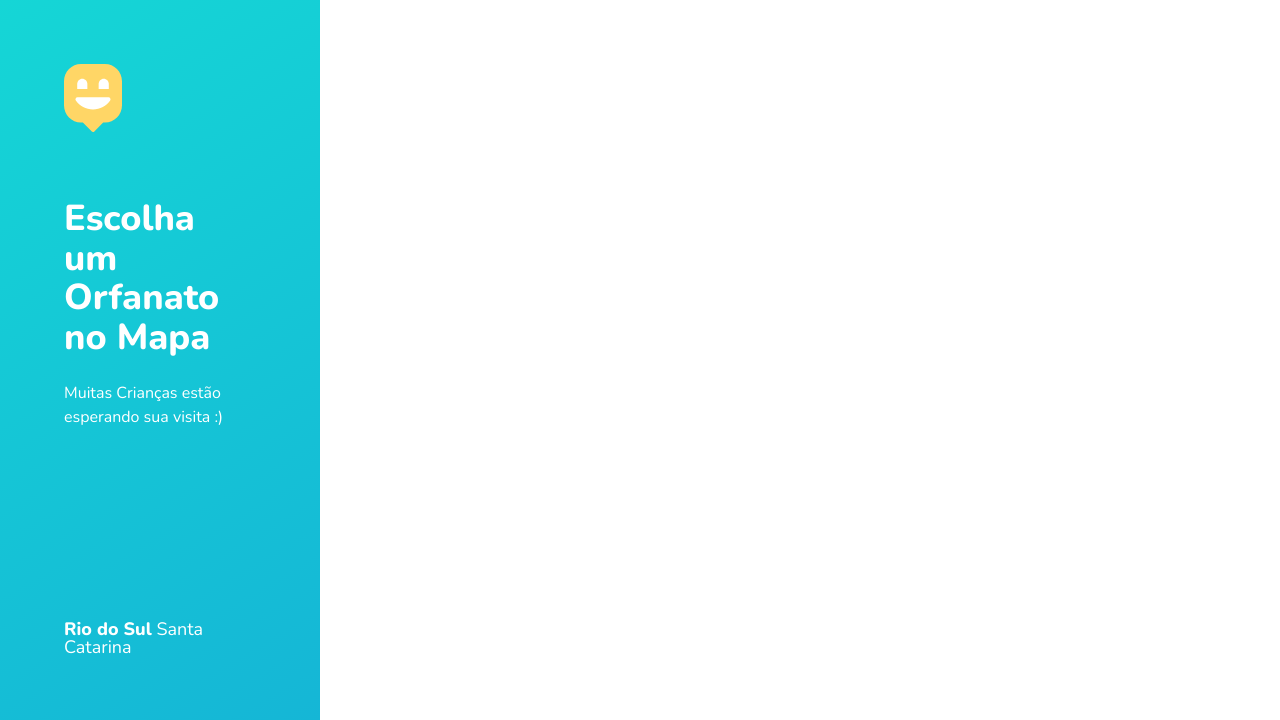
Repository: TeoNogueira/nlw3-rocketseatproject
Page: orphanages.html
These files come from the project's save history. The page is drawn as it stood at one moment and after the next save; the edit follows.
The browser window is 1280 px wide. The pictures show the whole page.

Above is the page before, as saved 2020-10-13 17:12:03.

After the next save:
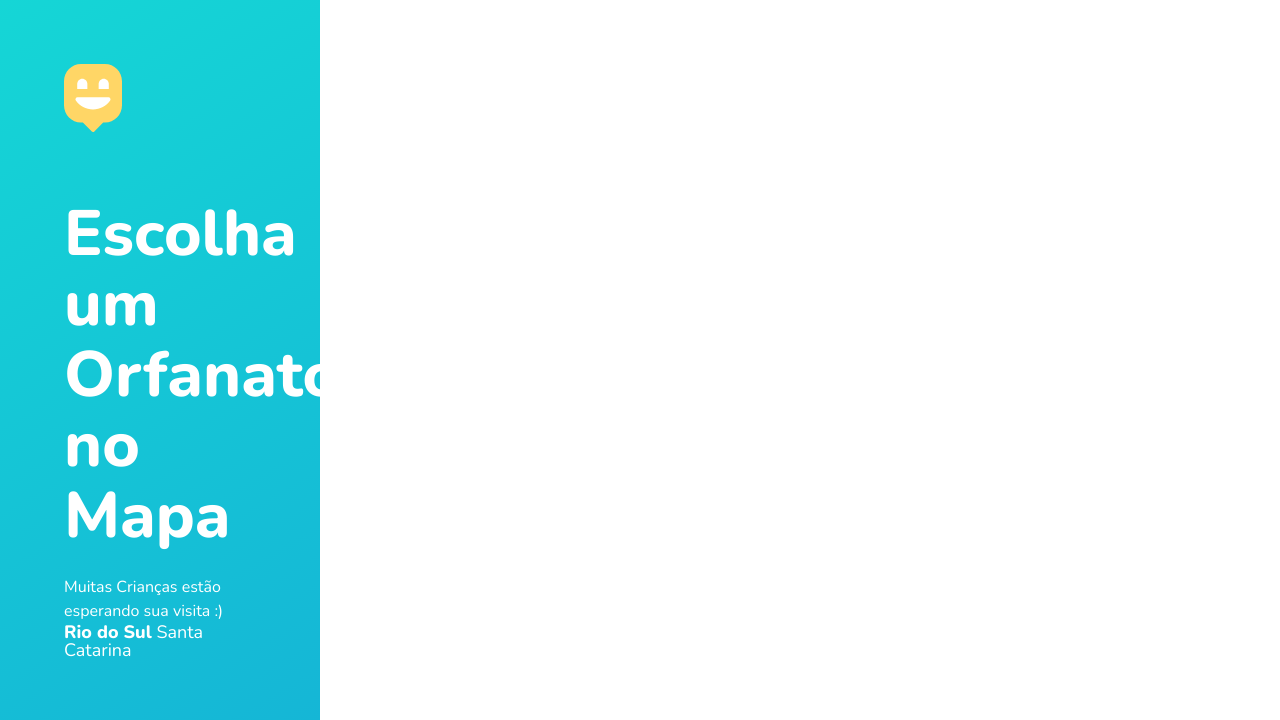
Saved 71 s later.
--- a/public/css/page-orphanages.css
+++ b/public/css/page-orphanages.css
@@ -22,7 +22,7 @@
 }
 
 aside h2 { margin-top: 6.4rem;
-    font: 800 3.6rem/1.1 'Nunito', sans-serif;
+    font: 800  clamp(3rem, 5vw, 8rem)/1.1 'Nunito', sans-serif;
 
 
 

After the save that followed:
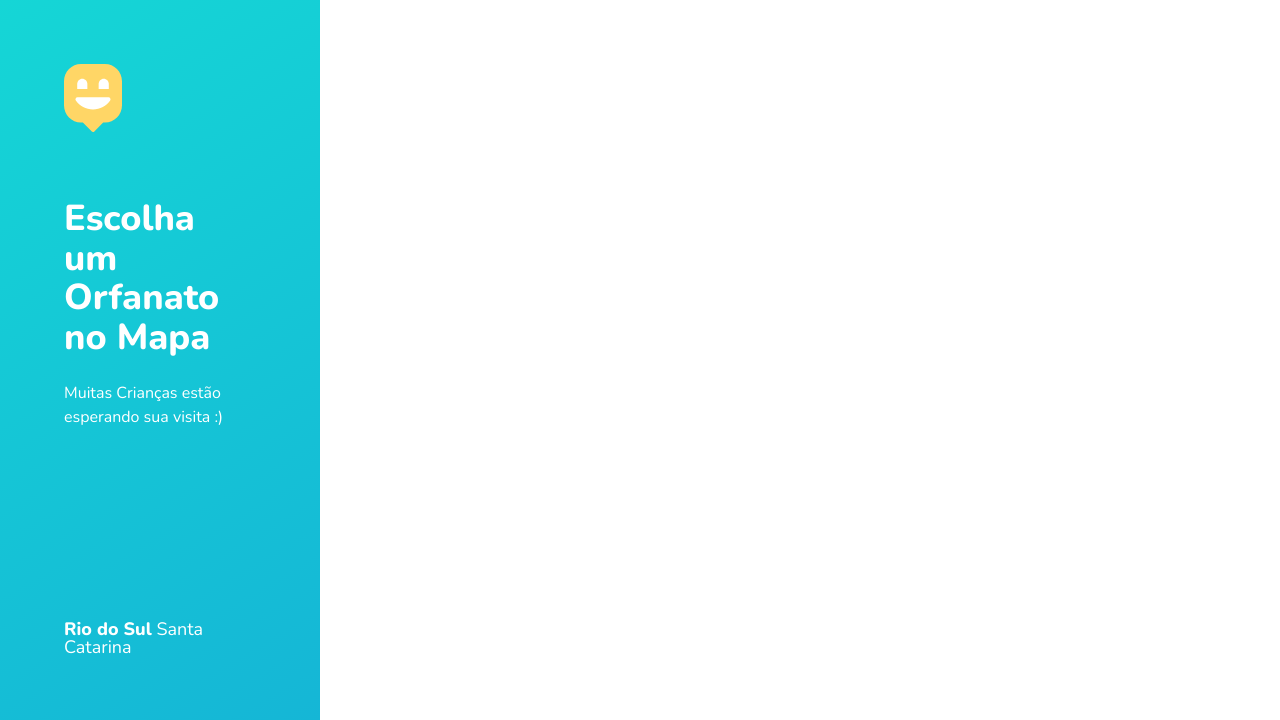
Saved 37 s later.
--- a/public/css/page-orphanages.css
+++ b/public/css/page-orphanages.css
@@ -22,7 +22,7 @@
 }
 
 aside h2 { margin-top: 6.4rem;
-    font: 800  clamp(3rem, 5vw, 8rem)/1.1 'Nunito', sans-serif;
+    font: 800  clamp(2rem, 5vw, 3.6rem)/1.1 'Nunito', sans-serif;
 
 
 
